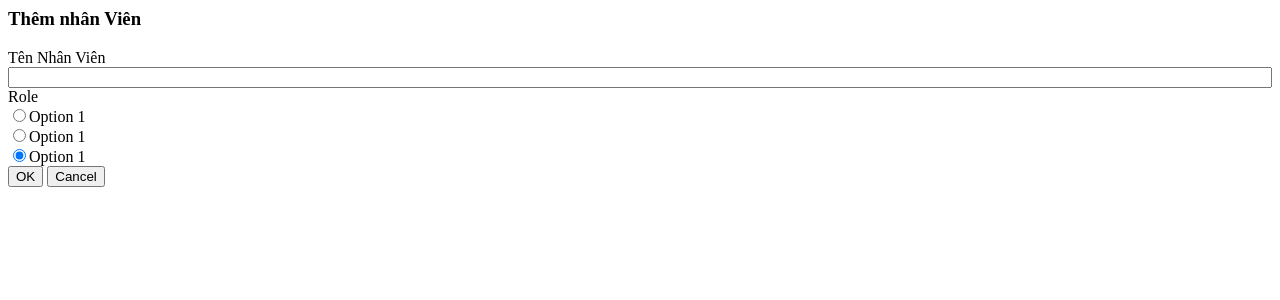
Repository: chickenoken/LuanAn
Page: http://localhost/net/quanLyNhanVienControl
These files come from the project's save history. The page is drawn as it stood at one moment and after the next save; the edit follows.
The browser window is 1280 px wide. The pictures show the whole page.
The page is served by Tomcat 9.

Above is the page before, as saved 2019-06-17 09:47:03.

After the next save:
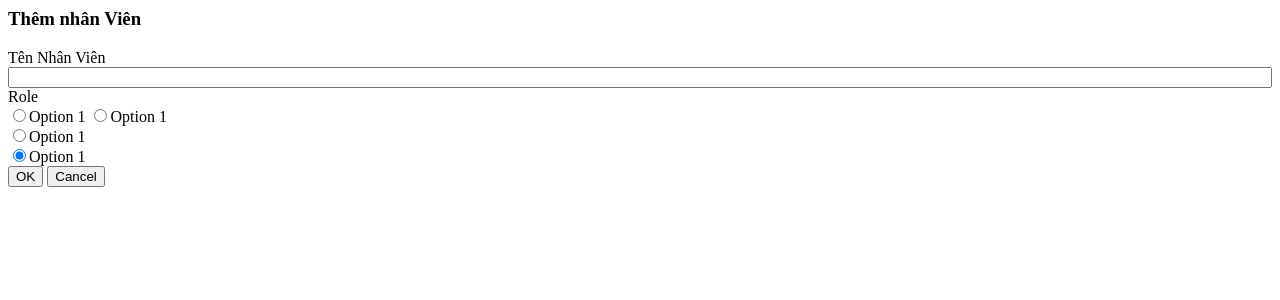
Saved 17 s later.
--- a/net/src/main/webapp/WEB-INF/pages/quanLyNhanVienControl.jsp
+++ b/net/src/main/webapp/WEB-INF/pages/quanLyNhanVienControl.jsp
@@ -15,6 +15,7 @@
       <div class="col-md-8">
         <div class="radio">
           <label><input type="radio" name="role" checked>Option 1</label>
+          <label><input type="radio" name="role" checked>Option 1</label>
         </div>
         <div class="radio">
           <label><input type="radio" name="role" checked>Option 1</label>
